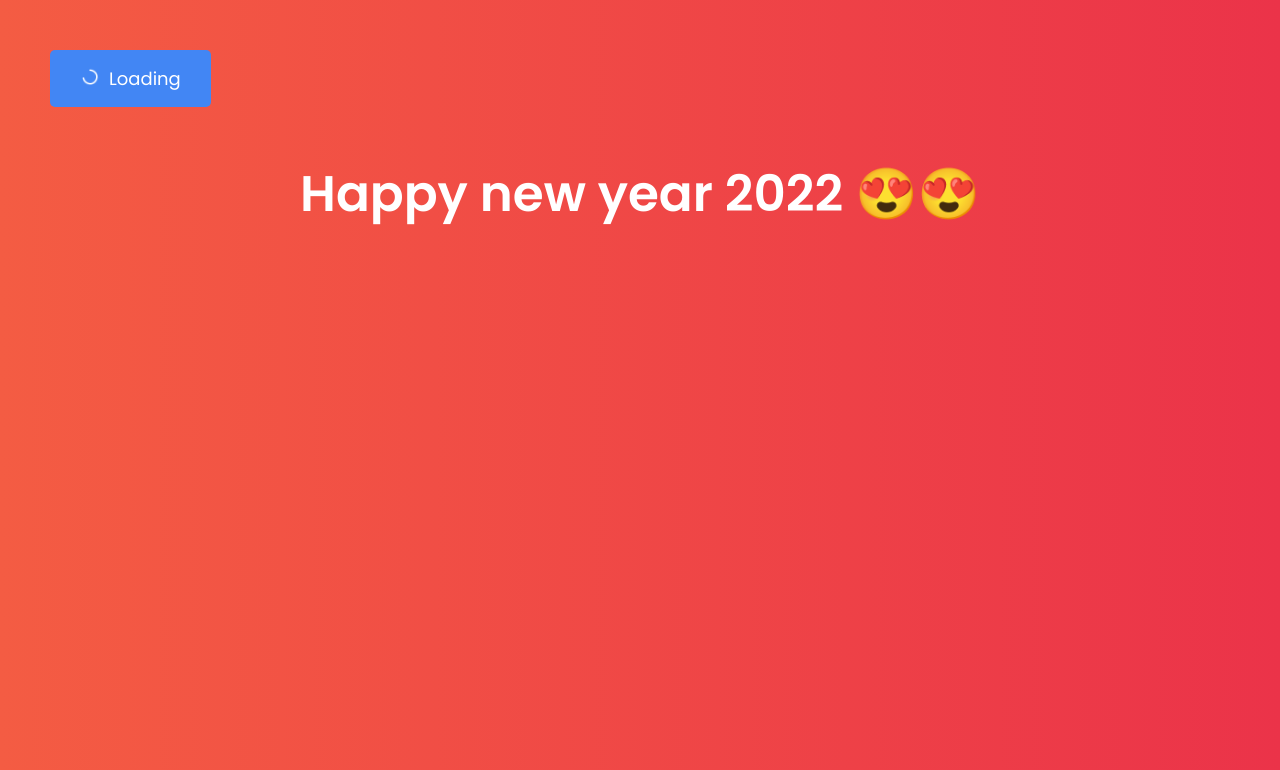
Repository: hoang0508/ReactJsDevWork
Page: /
The author's editor kept a copy of each file at every save. The page is drawn from the files as they stood at one save, then again after the next save.
The browser window is 1280 px wide. The pictures show the whole page.
The project was rebuilt for these pictures with package versions that can differ from the ones it lists, and the page was loaded fresh each time.

Above is the page before, as saved 2022-02-05 20:23:38.

### src/index.scss
body {
  margin: 0;
  font-family: "Poppins", sans-serif;
  font-size: 16px;
  -webkit-font-smoothing: antialiased;
  -moz-osx-font-smoothing: grayscale;
}

code {
  font-family: source-code-pro, Menlo, Monaco, Consolas, "Courier New",
    monospace;
}

### src/App.js
import "./App.scss";
import Button from "./components/Button/Button";
// import Food from "./components/FoodApi/Food";

function App() {
  return (
    <>
      {/* <div>Hello</div> */}
      {/* <Food /> */}
      <Button />
    </>
  );
}

export default App;

### src/App.scss
@import url("https://fonts.googleapis.com/css2?family=Poppins:ital,wght@0,300;0,400;0,500;0,600;0,700;1,600&family=Red+Hat+Display:wght@300;400;500;600;700&display=swap");
*,
*::before,
*::after {
  box-sizing: border-box;
}
body,
h1,
h2,
h3,
h4,
h5,
h6,
p,
figure,
picture {
  margin: 0;
}
body {
  min-height: 100vh;
  line-height: 1.5;
}
input,
button,
select,
textarea {
  font: inherit;
}
img,
picture {
  display: block;
  max-width: 100%;
}
/* remove animation for people who've turned them off */
@media (prefers-reduced-motion: reduce) {
  *,
  *::before,
  *::after {
    animation-duration: 0.01ms !important;
    animation-iteration-count: 1 !important;
    transition-duration: 0.01ms !important;
    scroll-behavior: auto !important;
  }
}

body {
  background: #eb3349; /* fallback for old browsers */
  background: -webkit-linear-gradient(
    to right,
    #f45c43,
    #eb3349
  ); /* Chrome 10-25, Safari 5.1-6 */
  background: linear-gradient(
    to right,
    #f45c43,
    #eb3349
  ); /* W3C, IE 10+/ Edge, Firefox 16+, Chrome 26+, Opera 12+, Safari 7+ */
}

### src/components/Button/Button.js
import React, { useEffect, useRef, useState } from "react";
import "./Button.scss";
import "boxicons/css/boxicons.min.css";
const Button = () => {
  const [loading, setLoading] = useState(false);
  const [text, setText] = useState(false);
  const btnRef = useRef(null);
  const handleClickBtn = () => {
    setLoading(!loading);
    if (setText(true)) {
      setLoading(false);
    }
  };
  useEffect(() => {
    handleClickBtn();
    const btnWidth = btnRef.current.clientWidth + 29;
    btnRef.current.style.width = btnWidth;
  }, []);
  return (
    <div>
      <button className="btn" onClick={() => handleClickBtn()} ref={btnRef}>
        <div className={`btn-spinner ${loading ? "active" : ""}`}>
          <i className="bx bx-loader-alt bx-spin"></i>
        </div>
        <span className="btn-text">Loading</span>
      </button>
      {text && loading && <p className="btn-desc">Happy new year 2022 😍😍</p>}
    </div>
  );
};

export default Button;

### src/components/Button/Button.scss
.btn {
  margin: 50px;
  font-family: "Poppins", sans-serif;
  font-size: 18px;
  background-color: #4286f4;
  color: #fff;
  outline: none;
  border: 0;
  border-radius: 5px;
  display: flex;
  align-items: center;
  padding: 15px 30px;
  cursor: pointer;
  overflow: hidden;
  &-spinner {
    width: 0;
    opacity: 0;
    visibility: hidden;
    overflow: hidden;
    transition: all 0.3s linear;
    &.active {
      width: 19px;
      margin-right: 10px;
      opacity: 1;
      visibility: visible;
    }
  }
  &-desc {
    text-align: center;
    font-size: 50px;
    font-weight: 600;
    letter-spacing: 1.5;
    color: #fff;
  }
}

Loaded but not shown: public/index.html (common file); src/index.js (common file); src/reportWebVitals.js (common file)

After the next save:
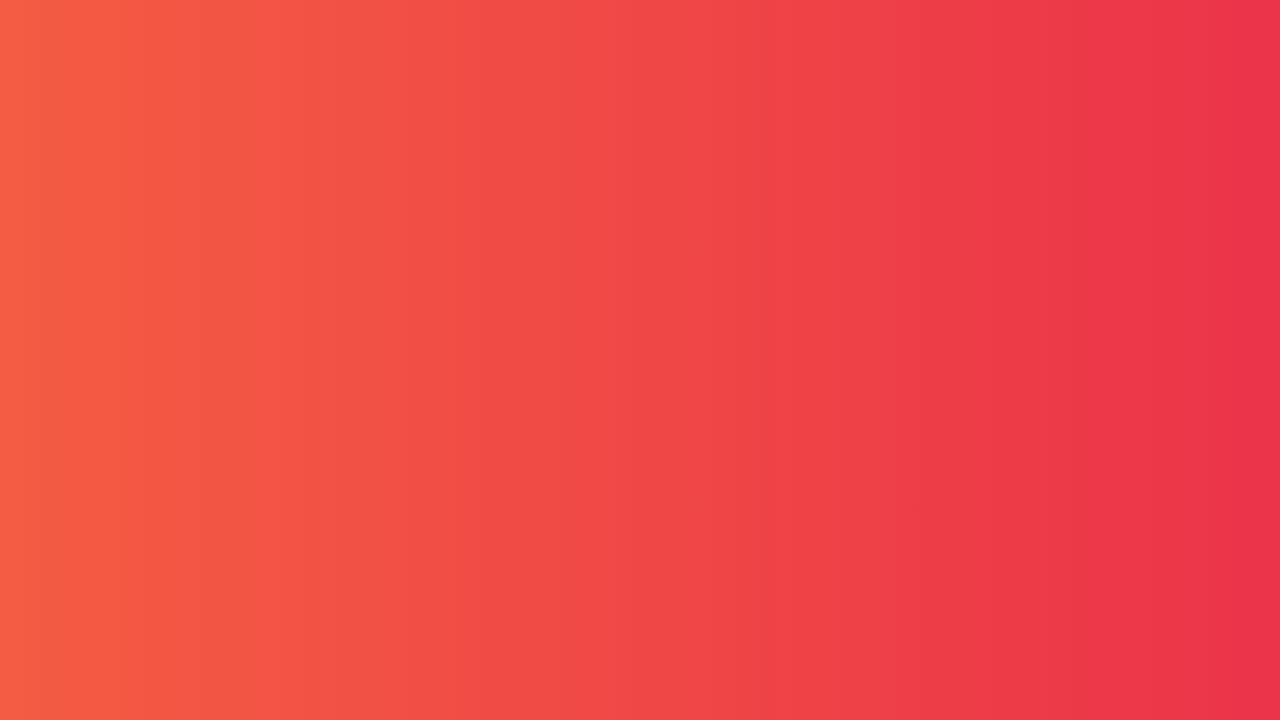
Saved 102 s later.
--- a/src/App.js
+++ b/src/App.js
@@ -1,5 +1,5 @@
 import "./App.scss";
-import Button from "./components/Button/Button";
+// import Button from "./components/Button/Button";
 // import Food from "./components/FoodApi/Food";
 
 function App() {
@@ -7,7 +7,7 @@ function App() {
     <>
       {/* <div>Hello</div> */}
       {/* <Food /> */}
-      <Button />
+      {/* <Button /> */}
     </>
   );
 }
